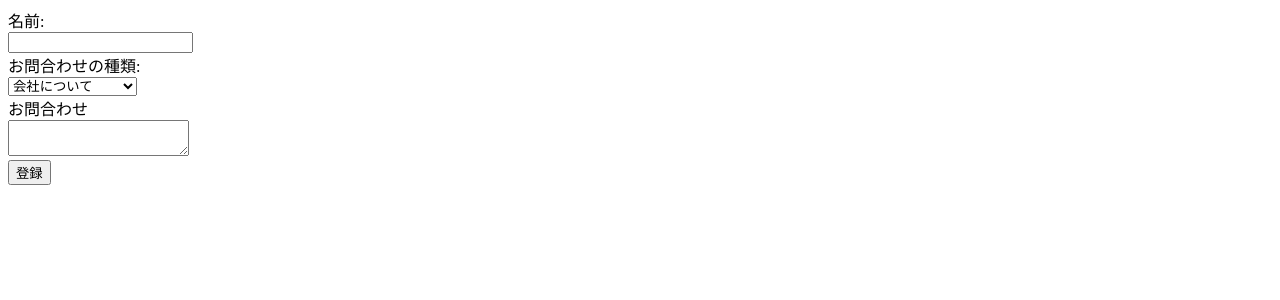
Repository: watasyaada/test
Page: http://localhost/HelloServlet2/inquiry.jsp
These files come from the project's save history. The page is drawn as it stood at one moment and after the next save; the edit follows.
The browser window is 1280 px wide. The pictures show the whole page.
The page is served by Tomcat 9.

Above is the page before, as saved 2018-06-07 07:01:46.

After the next save:
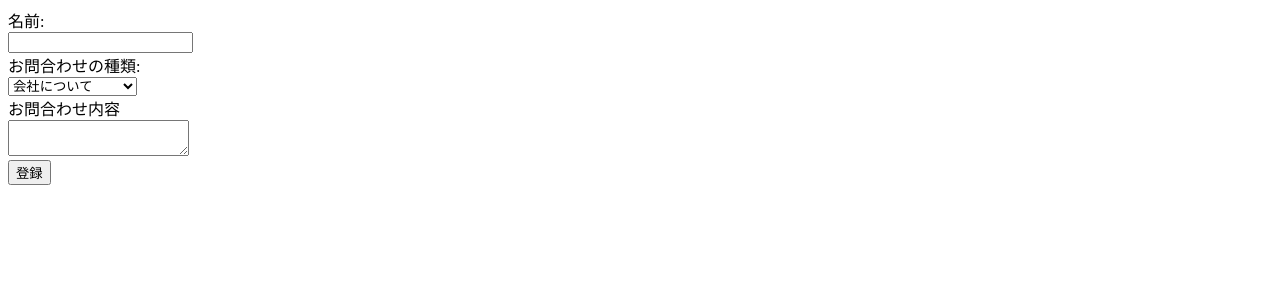
Saved 8 min 7 s later.
--- a/HelloServlet2/WebContent/inquiry.jsp
+++ b/HelloServlet2/WebContent/inquiry.jsp
@@ -9,11 +9,11 @@
 <body>
 <form method="post"action="InquiryServlet">
    名前:<br><input type="text" name="name"><br>
-   お問合わせの種類:<br><select name="qtype">
+   お問合わせの種類:<br> <select name="qtype">
       <option value="company">会社について</option>
       <option value="product">製品について</option>
       <option value="support">アフターサポート</option>
-   </select><br>お問合わせ<br>
+   </select><br>お問合わせ内容<br>
    <textarea name="body">
    </textarea>
    <br><input type="submit"value="登録">
